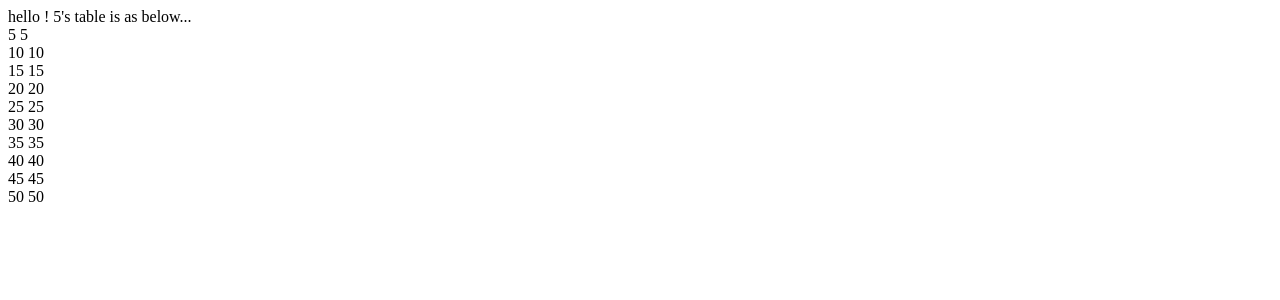
Repository: VishuMishra206/Test.Hibernate
Page: http://localhost/AjaxDatabaseExample/table_of_5.jsp
The author's editor kept a copy of each file at every save. The page is drawn from the files as they stood at one save, then again after the next save.
The browser window is 1280 px wide. The pictures show the whole page.
The page is served by Tomcat 9.

Above is the page before, as saved 2019-09-12 07:28:27.

### AjaxDatabaseExample/WebContent/table_of_5.jsp
<%@ page language="java" contentType="text/html; charset=ISO-8859-1"
    pageEncoding="ISO-8859-1"%>
<!DOCTYPE html PUBLIC "-//W3C//DTD HTML 4.01 Transitional//EN" "http://www.w3.org/TR/html4/loose.dtd">
<html>
<head>
<meta http-equiv="Content-Type" content="text/html; charset=ISO-8859-1">
<title>Insert title here</title>
</head>
<body>
<% out.println(" hello ! 5's table is as below..."); %>
<%
int i,var=5;
out.println("<table order>");
for(i=1;i<=10;i++)
{
	out.println("<table>");
	out.println(var*i+" "+ var*i);
	out.println("<br>");
	}


%>

</body>
</html>

After the next save:
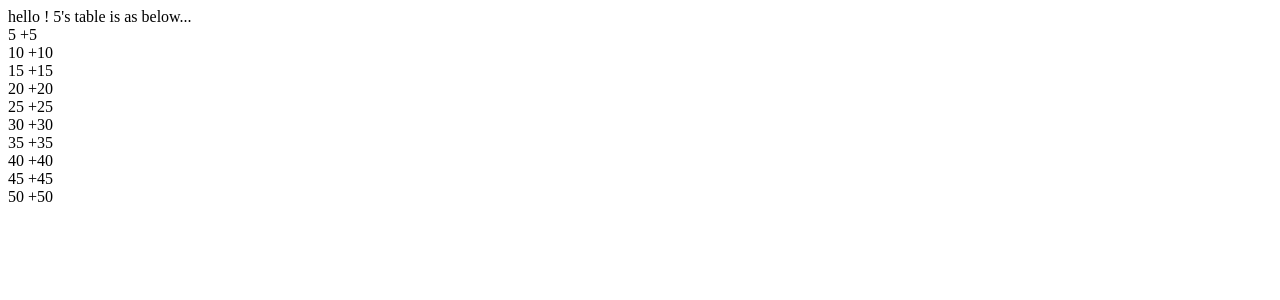
Saved 31 s later.
--- a/AjaxDatabaseExample/WebContent/table_of_5.jsp
+++ b/AjaxDatabaseExample/WebContent/table_of_5.jsp
@@ -14,7 +14,7 @@ out.println("<table order>");
 for(i=1;i<=10;i++)
 {
 	out.println("<table>");
-	out.println(var*i+" "+ var*i);
+	out.println(var*i+" +"+ var*i);
 	out.println("<br>");
 	}
 
